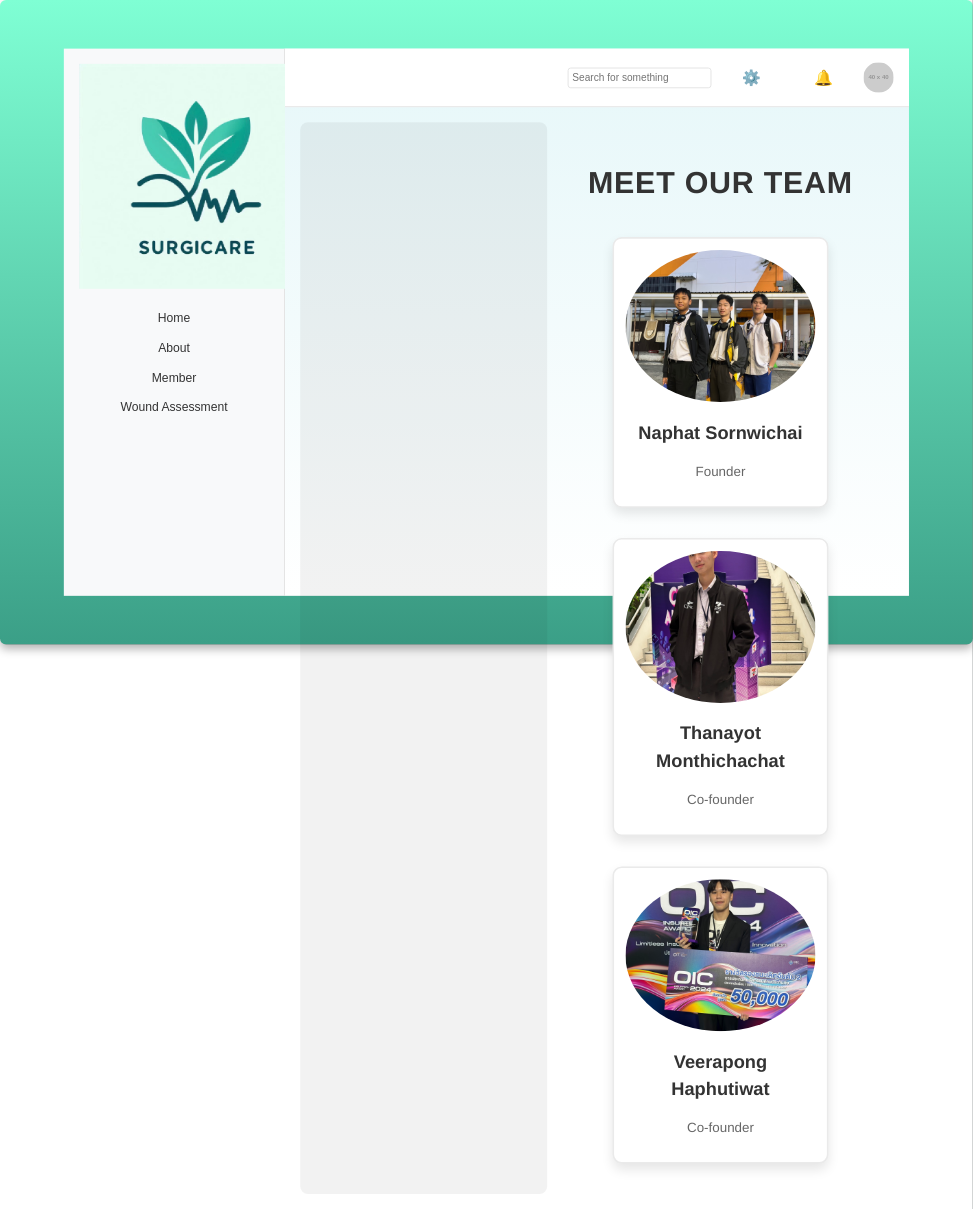
Repository: Jinwoo290350/Surgicare-Vue
Page: /member (app in surgicare/)
The author's editor kept a copy of each file at every save. The page is drawn from the files as they stood at one save, then again after a run of saves.
The browser window is 1280 px wide. The pictures show the whole page, at 76% of full size.
The project was rebuilt for these pictures with package versions that can differ from the ones it lists, and the page was loaded fresh each time. Also part of the build but not shown: surgicare/vite.config.js, surgicare/src/views/Home.vue, surgicare/src/views/About.vue, surgicare/src/components/WoundAssessment.vue.

Above is the page before, as saved 2024-12-30 13:57:04.
Console error: TypeError: Cannot read properties of null (reading 'getContext')

### surgicare/index.html
<!doctype html>
<html lang="en">
  <head>
    <meta charset="UTF-8" />
    <link rel="icon" type="image/svg+xml" href="/vite.svg" />
    <meta name="viewport" content="width=device-width, initial-scale=1.0" />
    <title>Vite + Vue</title>
  </head>
  <body>
    <div id="app"></div>
    <script type="module" src="/src/main.js"></script>
  </script>
  <link href="https://fonts.googleapis.com/css2?family=Roboto:wght@400;500;700&display=swap" rel="stylesheet">

  <script type="text/javascript" src="./src/star.js"></script>
  </body>
</html>

### surgicare/src/main.js
import { createApp } from 'vue'
import './style.css'
import App from './App.vue'
import router from "./router";

createApp(App).use(router).mount("#app");

### surgicare/src/style.css
:root {
  font-family: Inter, system-ui, Avenir, Helvetica, Arial, sans-serif;
  line-height: 1.5;
  font-weight: 400;
  color-scheme: light dark;
  color: rgba(255, 255, 255, 0.87);
  background-color: #242424; /* Keeping the same background, just a bit darker */
  font-synthesis: none;
  text-rendering: optimizeLegibility;
  -webkit-font-smoothing: antialiased;
  -moz-osx-font-smoothing: grayscale;
}

a {
  font-weight: 500;
  text-decoration: inherit;
  transition: color 0.3s ease-in-out;
}
a:hover {
  color: #535bf2; /* Keep the same blue hover effect */
}

body {
  margin: 0;
  display: flex;
  place-items: center;
  min-width: 320px;
  min-height: 100vh;
  padding-left: 20px;
  padding-right: 20px;
  background-color: #1f2d29; /* Darkened background color */
  background-image: linear-gradient(to top, #3b9f87, #7FFFD4); /* Keep the original gradient, just darker */
  background-repeat: repeat-x;
  filter: progid:DXImageTransform.Microsoft.gradient(startColorstr='#3b9f87', endColorstr='#7FFFD4', GradientType=0);
  border-radius: 8px;
  box-shadow: 0 6px 12px rgba(0, 0, 0, 0.3); /* Stronger shadow for depth */
}

h1 {
  font-size: 3.2em;
  line-height: 1.1;
  color: #fff;
  text-transform: uppercase;
  letter-spacing: 1px;
  margin-bottom: 0.5em;
  transition: transform 0.3s ease-in-out;
}
h1:hover {
  transform: scale(1.05); /* Slightly enlarges title on hover */
}

button {
  border-radius: 8px;
  border: 1px solid transparent;
  padding: 0.8em 1.5em;
  font-size: 1em;
  font-weight: 500;
  font-family: inherit;
  background-color: #333; /* Slightly darker button background */
  color: white;
  cursor: pointer;
  transition: all 0.3s ease;
}
button:hover {
  border-color: #646cff;
  background-color: #444; /* Darker hover effect */
  transform: translateY(-2px); /* Lift effect on hover */
}
button:focus,
button:focus-visible {
  outline: 4px auto -webkit-focus-ring-color;
}

.card {
  padding: 2em;
  background-color: #2a2a2a; /* Darkened card background */
  border-radius: 12px;
  box-shadow: 0 4px 10px rgba(0, 0, 0, 0.4); /* Darker shadow for cards */
  transition: transform 0.3s ease;
}
.card:hover {
  transform: translateY(-5px); /* Slight lift effect on hover */
}

#app {
  max-width: 1280px;
  margin: 0 auto;
  padding: 2rem;
  text-align: center;
}

/* Media Query for Small Screens (Mobile) */
@media (max-width: 768px) {
  body {
    padding-left: 15px;
    padding-right: 15px;
  }

  h1 {
    font-size: 2.4em; /* Slightly smaller title for mobile screens */
  }

  button {
    padding: 0.6em 1.2em;
    font-size: 1em;
  }

  .card {
    padding: 1.5em;
  }

  #app {
    padding: 1.5rem;
  }
}

/* Light Mode Styles */
@media (prefers-color-scheme: light) {
  :root {
    color: #213547;
    background-color: #ffffff;
  }
  a:hover {
    color: #747bff;
  }
  button {
    background-color: #f9f9f9;
    color: #333;
  }
  .card {
    background-color: #f5f5f5;
    box-shadow: 0 2px 6px rgba(0, 0, 0, 0.1);
  }
}

### surgicare/src/App.vue
<template>
  <div id="app" class="app-container">
    <aside class="sidebar">
      <img src="/Users/frank/Vscode/Vue/surgicare/public/Icon_surgicare.png" alt="Logo" class="logo" />
      <nav class="menu">
        <router-link to="/">Home</router-link>
        <router-link to="/about">About</router-link>
        <router-link to="/member">Member</router-link>
        <router-link to="/wound-assessment">Wound Assessment</router-link>
      </nav>
    </aside>

    <main class="main-content">
      <!-- Header -->
      <header class="header">
        <h1>Overview</h1>
        <div class="header-tools">
          <input type="text" placeholder="Search for something" class="search-box" />
          <button class="settings-btn">⚙️</button>
          <button class="notifications-btn">🔔</button>
          <img src="https://via.placeholder.com/40" alt="Profile" class="profile-pic" />
        </div>
      </header>

      <!-- Content Area -->
      <div class="content-area">
        <!-- Placeholder for now -->
        <div class="placeholder"></div>
        <router-view />
      </div>
    </main>
  </div>
</template>

<script>
export default {
  name: "DashboardPage",
};
</script>

<style scoped>
.app-container {
  display: flex;
  height: 100vh;
  font-family: Arial, sans-serif;
}

/* Sidebar */
.sidebar {
  width: 250px;
  background: #f8f9fa;
  border-right: 1px solid #ddd;
  padding: 20px;
}

.logo {
  font-size: 20px;
  font-weight: bold;
  margin-bottom: 20px;
}

.menu {
  list-style: none;
  padding: 0;
}

.menu a {
  text-decoration: none;
  color: #333;
  font-size: 16px;
  display: block;
  margin-bottom: 15px;
}

.menu a:hover {
  color: #007bff;
}

/* Main Content */
.main-content {
  flex-grow: 1;
  display: flex;
  flex-direction: column;
  background: linear-gradient(180deg, #e6f7f9, #ffffff);
}

.header {
  display: flex;
  justify-content: space-between;
  align-items: center;
  padding: 10px 20px;
  border-bottom: 1px solid #ddd;
  background: #ffffff;
}

.header h1 {
  margin: 0;
  font-size: 20px;
}

.header-tools {
  display: flex;
  align-items: center;
}

.search-box {
  padding: 5px;
  border: 1px solid #ddd;
  border-radius: 4px;
  margin-right: 10px;
}

.settings-btn,
.notifications-btn {
  background: none;
  border: none;
  font-size: 20px;
  cursor: pointer;
  margin-right: 10px;
}

.profile-pic {
  width: 40px;
  height: 40px;
  border-radius: 50%;
}

.content-area {
  flex-grow: 1;
  display: flex;
  justify-content: center;
  align-items: center;
  padding: 20px;
}

.placeholder {
  width: 100%;
  height: 100%;
  background: rgba(0, 0, 0, 0.05);
  border-radius: 10px;
}
</style>

### surgicare/src/router/index.js
import { createRouter, createWebHistory } from "vue-router";
import Home from "../views/Home.vue";
import About from "../views/About.vue";
import Member from '../views/Member.vue';
import WoundAssessment from "../components/WoundAssessment.vue";

const routes = [
  { path: "/", name: "Home", component: Home },
  { path: "/about", name: "About", component: About },
  {
    path: "/member",
    name: "Member",
    component: Member,
  },
  { path: "/wound-assessment", name: "WoundAssessment", component: WoundAssessment },
];

const router = createRouter({
  history: createWebHistory(),
  routes,
});

export default router;

### surgicare/src/views/Member.vue
<template>
  <div id="team-page">
    <h1>Meet Our Team</h1>
    <!-- Member Cards -->
    <div class="member-cards">
      <div
        class="member-card"
        v-for="(member, index) in members"
        :key="index"
        @click="selectMember(member)"
      >
        <img :src="member.photo" :alt="member.name" class="member-photo" />
        <div class="member-info">
          <h2>{{ member.name }}</h2>
          <p>{{ member.role }}</p>
        </div>
      </div>
    </div>

    <!-- Member Details Modal -->
    <div v-if="selectedMember" class="member-details">
      <div class="details-content">
        <h2>{{ selectedMember.name }}</h2>
        <p>{{ selectedMember.role }}</p>
        <p>{{ selectedMember.bio }}</p>
        <button @click="closeDetails">Close</button>
      </div>
    </div>
  </div>
</template>

<script>
export default {
  data() {
    return {
      members: [
        {
          name: "Naphat Sornwichai",
          role: "Founder",
          photo: "Pogus.jpg",
          bio: "Founder of Surgicare",
        },
        {
          name: "Thanayot Monthichachat",
          role: "Co-founder",
          photo: "Zoe.jpg",
          bio: "Co-founder of Surgicare",
        },
        {
          name: "Veerapong Haphutiwat",
          role: "Co-founder",
          photo: "Frank.jpg",
          bio: "Co-founder of Surgicare",
        },
      ],
      selectedMember: null,
    };
  },
  methods: {
    selectMember(member) {
      this.selectedMember = member;
    },
    closeDetails() {
      this.selectedMember = null;
    }
  }
};
</script>

<style scoped>
#team-page {
  padding: 30px;
  text-align: center;
  font-family: 'Helvetica Neue', sans-serif;
}

h1 {
  font-size: 2.5em;
  font-weight: 600;
  margin-bottom: 40px;
  color: #333;
  text-transform: uppercase;
}

.member-cards {
  display: flex;
  justify-content: space-around;
  flex-wrap: wrap;
  gap: 20px;
}

.member-card {
  width: 250px;
  margin: 10px;
  cursor: pointer;
  border: 2px solid #eaeaea;
  border-radius: 12px;
  padding: 15px;
  background-color: #fff;
  box-shadow: 0 8px 16px rgba(0, 0, 0, 0.1);
  transition: transform 0.3s ease, box-shadow 0.3s ease;
}

.member-card:hover {
  transform: translateY(-5px);
  box-shadow: 0 12px 24px rgba(0, 0, 0, 0.1);
}

.member-photo {
  width: 100%;
  height: 200px;
  object-fit: cover;
  border-radius: 50%;
  transition: transform 0.3s ease;
}

.member-card:hover .member-photo {
  transform: scale(1.05);
}

.member-info h2 {
  font-size: 1.5em;
  font-weight: 600;
  color: #333;
  margin-top: 15px;
}

.member-info p {
  font-size: 1.1em;
  color: #666;
  margin-top: 5px;
}

.member-details {
  position: fixed;
  top: 0;
  left: 0;
  width: 100%;
  height: 100%;
  background: rgba(0, 0, 0, 0.6);
  display: flex;
  justify-content: center;
  align-items: center;
  animation: fadeIn 0.3s ease-in-out;
}

.details-content {
  background: #fff;
  padding: 30px;
  border-radius: 10px;
  text-align: center;
  width: 320px;
  max-width: 80%;
  box-shadow: 0 8px 16px rgba(0, 0, 0, 0.2);
  animation: slideIn 0.3s ease-out;
}

.details-content h2 {
  font-size: 1.8em;
  font-weight: 700;
  color: #333;
  margin-bottom: 10px;
}

.details-content p {
  font-size: 1.1em;
  color: #555;
  margin-bottom: 20px;
}

button {
  padding: 12px 25px;
  background-color: #42b983;
  color: white;
  border: none;
  border-radius: 5px;
  cursor: pointer;
  font-size: 1.1em;
  transition: background-color 0.3s ease;
}

button:hover {
  background-color: #369a6c;
}

@keyframes fadeIn {
  from {
    opacity: 0;
  }
  to {
    opacity: 1;
  }
}

@keyframes slideIn {
  from {
    transform: translateY(-30px);
  }
  to {
    transform: translateY(10);
  }
}
</style>

### surgicare/src/star.js
const canvas = document.querySelector('canvas')
const c = canvas.getContext('2d')

canvas.width = innerWidth
canvas.height = innerHeight

window.addEventListener("resize", function() {
    canvas.width = window.innerWidth;
    canvas.height = window.innerHeight;
    init()
})
function Star(x, y, radius, color) {
    this.x = x
    this.y = y
    this.radius = radius
    this.color = color
    this.velocity = {
        x: (Math.random() - 0.5) * 8,
        y: 3
    }
    this.friction = 0.8
    this.gravity = 1
}

Star.prototype.draw = function() {
    c.save()
    c.beginPath()
    c.arc(this.x, this.y, this.radius, 0, Math.PI * 2, false)
    c.fillStyle = this.color
    c.shadowColor = '#E3EAEF'
    c.shadowBlur = 20
    c.fill()
    c.closePath()
    c.restore()
}

Star.prototype.update = function() {
    this.draw()

    //When ball hits bottom of screen
    if(this.y + this.radius + this.velocity.y > canvas.height - groundHeight){
        this.velocity.y = -this.velocity.y * this.friction
        this.shatter()
    }
    else{
        this.velocity.y += this.gravity
    }

    //Hits side of screen
    if(this.x + this.radius + this.velocity.x > canvas.width || this.x - this.radius <= 0){
        this.velocity.x = -this.velocity.x * this.friction
        this.shatter()
    }

    this.x += this.velocity.x
    this.y += this.velocity.y

}

Star.prototype.shatter = function(){
    this.radius -= 3
    for(let i = 0; i < 8; i++){
        miniStars.push(new MiniStar(this.x, this.y, 2))
    }

}

function MiniStar(x, y, radius, color){
    Star.call(this, x, y, radius, color)
    this.velocity = {
        x: (Math.random() - 0.5) * 10,
        y: (Math.random() - 0.5) * 30
    }
    this.friction = 0.8
    this.gravity = 0.1
    this.ttl = 100
    this.opacity = 1
}

MiniStar.prototype.draw = function() {
    c.save()
    c.beginPath()
    c.arc(this.x, this.y, this.radius, 0, Math.PI * 2, false)
    c.fillStyle = `rgba(227,234, 239, ${this.opacity})`
    c.shadowColor = '#E3EAEF'
    c.shadowBlur = 20
    c.fill()
    c.closePath()
    c.restore()
}

MiniStar.prototype.update = function() {
    this.draw()

    if(this.y + this.radius + this.velocity.y > canvas.height - groundHeight){
        this.velocity.y = -this.velocity.y * this.friction
    }
    else{
        this.velocity.y += this.gravity
    }

    this.x += this.velocity.x
    this.y += this.velocity.y
    this.ttl -= 1
    this.opacity -= 0.0001 * this.ttl
}

function creatMountainRange(mountainAmount, height, color){
    for(let i = 0; i < mountainAmount; i++){
        const mountainWidth = canvas.width / mountainAmount
        c.beginPath()
        c.moveTo(i * mountainWidth, canvas.height)
        c.lineTo(i * mountainWidth + mountainWidth + 0.2*canvas.height, canvas.height)
        c.lineTo(i * mountainWidth + mountainWidth / 2, canvas.height - height)
        c.lineTo(i * mountainWidth - 0.2*canvas.height, canvas.height)
        c.fillStyle = color
        c.fill()
        c.closePath()
    }
}

// Implementation
const backgroundGradient = c.createLinearGradient(0, 0, canvas.width, canvas.height)
backgroundGradient.addColorStop(0, '#171e26')
backgroundGradient.addColorStop(1, '#3f586b')

let stars
let miniStars
let backgroundStars
let ticker = 0
let randomSpawnRate = 75
const groundHeight = 0.09 * canvas.height
let inf = 1e9
function init() {
    stars = []
    miniStars = []
    backgroundStars = []

    for(let i = 0; i < 200; i++){
        const x = Math.random() * canvas.width
        const y = Math.random() * canvas.height
        const radius = Math.random() * 3
        backgroundStars.push(new Star(x, y, radius, 'white'))
    }
}

// Animation Loop
function animate() {
    c.clearRect(0, 0, 0, canvas.height)
    c.fillStyle = backgroundGradient
    c.fillRect(0, 0, canvas.width, canvas.height)

    backgroundStars.forEach(backgroundStar => {
        backgroundStar.draw()
    })

    if(flag) creatMountainRange(1, canvas.height * 0.7, '#384551')
    if(flag) creatMountainRange(2, canvas.height * 0.6, '#2B3843')
    if(flag) creatMountainRange(3, canvas.height * 0.4, '#26333E')
    c.fillStyle = '#182028'
    c.fillRect(0, canvas.height - groundHeight, canvas.width, groundHeight)
    stars.forEach((star, index) => {
        star.update();
        if(star.radius == 0){
            stars.splice(index, 1)
        }
    });

    miniStars.forEach((miniStar, index) => {
        miniStar.update();
        if(miniStar.ttl == 0){
            miniStars.splice(index, 1)
        }
    });

    ticker++
    if(ticker >= inf){
        ticker = 0
    }
    if(ticker % randomSpawnRate == 0){
        const radius = 9
        const x = Math.max(radius, Math.random() * canvas.width - radius)
        stars.push(new Star(x, -100, 9, '#E3EAEF'))
        randomSpawnRate = Math.floor(Math.random() * (200 - 125 + 1) + 125)
    }

    requestAnimationFrame(animate)
}

init()
animate()

After the next 2 saves:
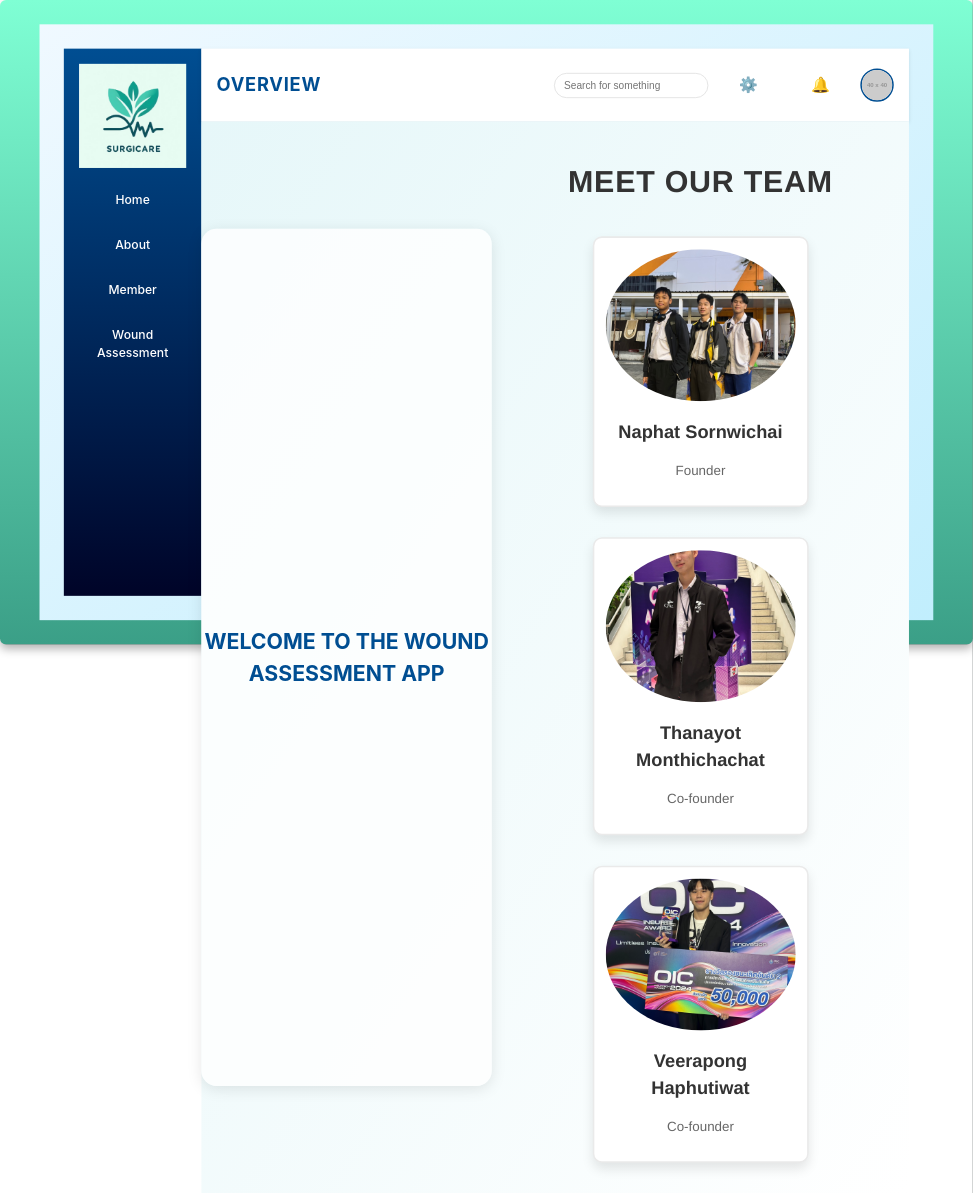
The 2 saves are shown as one change because 1 did not build or start.
The last was saved 3 min 1 s later.
--- a/surgicare/src/App.vue
+++ b/surgicare/src/App.vue
@@ -11,7 +11,6 @@
     </aside>
 
     <main class="main-content">
-      <!-- Header -->
       <header class="header">
         <h1>Overview</h1>
         <div class="header-tools">
@@ -21,11 +20,8 @@
           <img src="https://via.placeholder.com/40" alt="Profile" class="profile-pic" />
         </div>
       </header>
-
-      <!-- Content Area -->
       <div class="content-area">
-        <!-- Placeholder for now -->
-        <div class="placeholder"></div>
+        <div class="placeholder">WELCOME TO THE WOUND ASSESSMENT APP</div>
         <router-view />
       </div>
     </main>
@@ -39,63 +35,70 @@ export default {
 </script>
 
 <style scoped>
+/* General Styles */
+body {
+  margin: 0;
+  font-family: 'Poppins', Arial, sans-serif;
+}
+
 .app-container {
   display: flex;
   height: 100vh;
-  font-family: Arial, sans-serif;
+  background: linear-gradient(to bottom right, #f0f9ff, #c1eefd);
 }
 
-/* Sidebar */
 .sidebar {
   width: 250px;
-  background: #f8f9fa;
-  border-right: 1px solid #ddd;
+  background: linear-gradient(to bottom, #004e92, #000428);
+  color: white;
   padding: 20px;
+  display: flex;
+  flex-direction: column;
+  align-items: center;
 }
 
 .logo {
-  font-size: 20px;
-  font-weight: bold;
+  width: 100%;
+  max-width: 150px;
   margin-bottom: 20px;
-}
-
-.menu {
-  list-style: none;
-  padding: 0;
 }
 
 .menu a {
   text-decoration: none;
-  color: #333;
+  color: white;
   font-size: 16px;
+  margin-bottom: 15px;
   display: block;
-  margin-bottom: 15px;
+  text-align: center;
+  padding: 10px 15px;
+  border-radius: 8px;
+  transition: background 0.3s, transform 0.3s;
 }
 
 .menu a:hover {
-  color: #007bff;
+  background: rgba(255, 255, 255, 0.2);
+  transform: scale(1.05);
 }
 
-/* Main Content */
 .main-content {
   flex-grow: 1;
   display: flex;
   flex-direction: column;
-  background: linear-gradient(180deg, #e6f7f9, #ffffff);
 }
 
 .header {
   display: flex;
   justify-content: space-between;
   align-items: center;
-  padding: 10px 20px;
-  border-bottom: 1px solid #ddd;
-  background: #ffffff;
+  padding: 20px;
+  background: white;
+  box-shadow: 0 2px 5px rgba(0, 0, 0, 0.1);
 }
 
 .header h1 {
+  font-size: 24px;
+  color: #004e92;
   margin: 0;
-  font-size: 20px;
 }
 
 .header-tools {
@@ -104,10 +107,16 @@ export default {
 }
 
 .search-box {
-  padding: 5px;
+  padding: 8px 12px;
   border: 1px solid #ddd;
-  border-radius: 4px;
+  border-radius: 25px;
   margin-right: 10px;
+  outline: none;
+  transition: box-shadow 0.3s;
+}
+
+.search-box:focus {
+  box-shadow: 0 0 10px rgba(0, 78, 146, 0.5);
 }
 
 .settings-btn,
@@ -115,28 +124,39 @@ export default {
   background: none;
   border: none;
   font-size: 20px;
+  color: #555;
+  margin-right: 10px;
   cursor: pointer;
-  margin-right: 10px;
 }
 
 .profile-pic {
   width: 40px;
   height: 40px;
   border-radius: 50%;
+  border: 2px solid #004e92;
 }
 
 .content-area {
   flex-grow: 1;
+  background: linear-gradient(to bottom right, #e6f7f9, #ffffff);
   display: flex;
   justify-content: center;
   align-items: center;
-  padding: 20px;
+  position: relative;
 }
 
 .placeholder {
-  width: 100%;
-  height: 100%;
-  background: rgba(0, 0, 0, 0.05);
-  border-radius: 10px;
+  width: 80%;
+  height: 80%;
+  background: rgba(255, 255, 255, 0.8);
+  border-radius: 20px;
+  box-shadow: 0 4px 20px rgba(0, 0, 0, 0.1);
+  display: flex;
+  justify-content: center;
+  align-items: center;
+  font-size: 28px;
+  color: #004e92;
+  font-weight: bold;
+  text-align: center;
 }
 </style>
